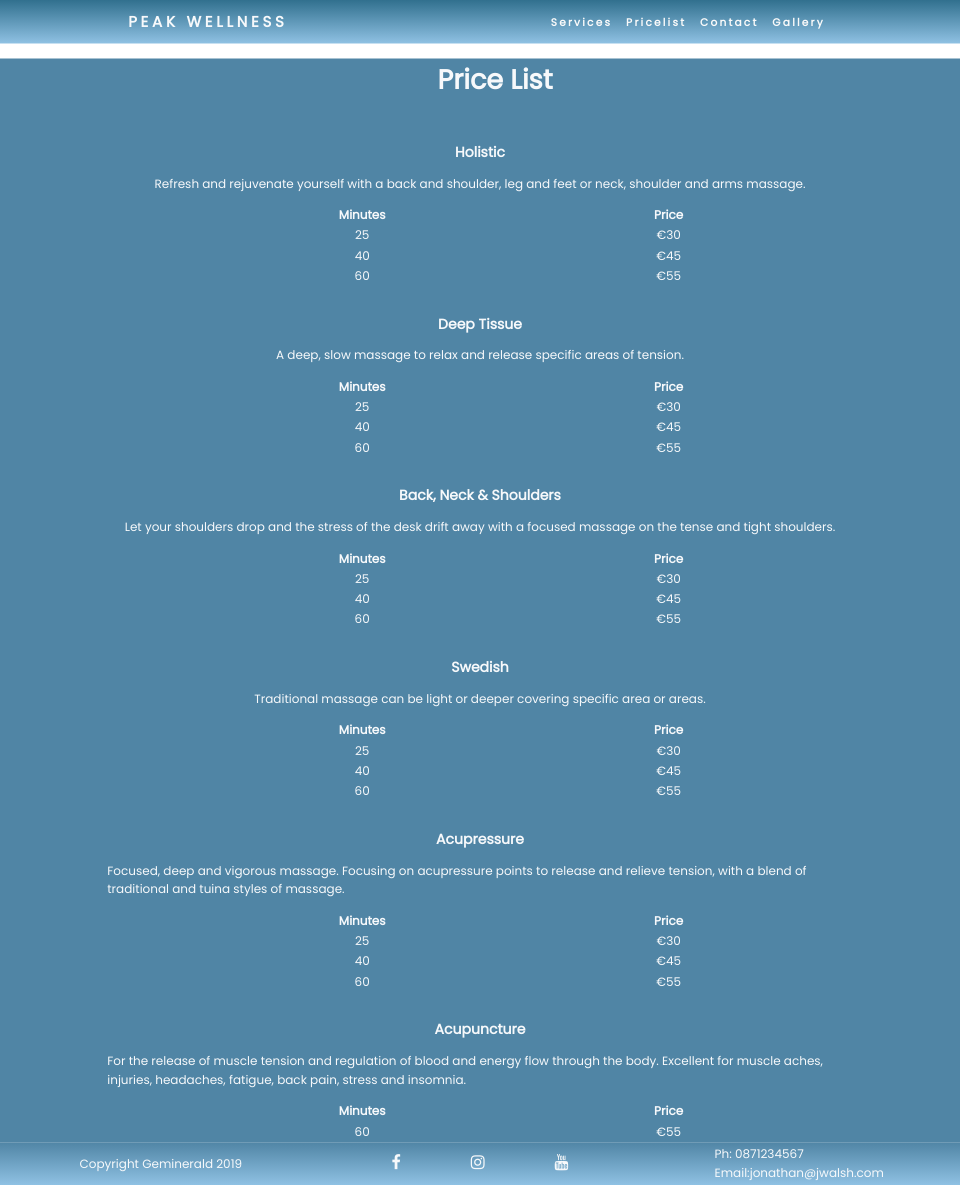
Repository: geminerald/peakwellness
Page: prices.html
The author's editor kept a record of every edit. The page is drawn from the files as they stood at one moment, then again after the next edit.
The browser window is 1280 px wide. The page is 1300 px wide, so the pictures cover 1300 px, including what lies to the right of the window. The pictures show the whole page, at 75% of full size.

Above is the page before.

### prices.html
<!DOCTYPE html>
<html lang="en">

<head>
    <meta charset="UTF-8">
    <meta name="viewport" content="width=device-width, initial-scale=1.0, maximum-scale=1.0, user-scalable=0">
    <meta http-equiv="X-UA-Compatible" content="ie=edge">
    <link rel="stylesheet" href="assets/style.css" type="text/css" />
    <link href="https://fonts.googleapis.com/css?family=Poppins&display=swap" rel="stylesheet">
    <title>Peak Wellness</title>
    <link rel="icon" href="./images/peak-icon.png">
    <link rel="stylesheet" href="https://stackpath.bootstrapcdn.com/font-awesome/4.7.0/css/font-awesome.min.css" type="text/css" />
</head>

<body>
    <nav>
        <div class="logo">
            <a href="index.html">
                <h4>Peak Wellness</h4>
            </a>
        </div>
        <ul class="nav-links">
            <li>
                <a href="services.html">Services</a>
            </li>
            <li>
                <a href="prices.html">Pricelist</a>
            </li>
            <li>
                <a href="contact.html">Contact</a>
            </li>
            <li>
                <a href="gallery.html">Gallery</a>
            </li>

        </ul>
        <div class="burger">
            <div class="line1"></div>
            <div class="line2"></div>
            <div class="line3"></div>
        </div>
    </nav>
    <section>
        <div class="overlay">
            <div class="price-container">
                <h1>Price List</h1>
                <div class="price-option">
                    <h3>Holistic</h3>
                    <p>Refresh and rejuvenate yourself with a back and shoulder, leg and feet or neck, shoulder and arms massage.</p>
                    <table>
                        <tr>
                            <th>Minutes</th>
                            <th>Price</th>
                        </tr>
                        <tr>
                            <td>25</td>
                            <td>€30</td>
                        </tr>
                        <tr>
                            <td>40</td>
                            <td>€45</td>
                        </tr>
                        <tr>
                            <td>60</td>
                            <td>€55</td>
                        </tr>
                    </table>
                </div>
                <div class="price-option">
                    <h3>Deep Tissue</h3>
                    <p>A deep, slow massage to relax and release specific areas of tension.</p>
                    <table>
                        <tr>
                            <th>Minutes</th>
                            <th>Price</th>
                        </tr>
                        <tr>
                            <td>25</td>
                            <td>€30</td>
                        </tr>
                        <tr>
                            <td>40</td>
                            <td>€45</td>
                        </tr>
                        <tr>
                            <td>60</td>
                            <td>€55</td>
                        </tr>
                    </table>
                </div>
                <div class="price-option">
                    <h3>Back, Neck & Shoulders</h3>
                    <p>Let your shoulders drop and the stress of the desk drift away with a focused massage on the tense and tight shoulders.</p>
                    <table>
                        <tr>
                            <th>Minutes</th>
                            <th>Price</th>
                        </tr>
                        <tr>
                            <td>25</td>
                            <td>€30</td>
                        </tr>
                        <tr>
                            <td>40</td>
                            <td>€45</td>
                        </tr>
                        <tr>
                            <td>60</td>
                            <td>€55</td>
                        </tr>
                    </table>
                </div>
                <div class="price-option">
                    <h3>Swedish</h3>
                    <p>Traditional massage can be light or deeper covering specific area or areas.</p>
                    <table>
                        <tr>
                            <th>Minutes</th>
                            <th>Price</th>
                        </tr>
                        <tr>
                            <td>25</td>
                            <td>€30</td>
                        </tr>
                        <tr>
                            <td>40</td>
                            <td>€45</td>
                        </tr>
                        <tr>
                            <td>60</td>
                            <td>€55</td>
                        </tr>
                    </table>
                </div>
                <div class="price-option">
                    <h3>Acupressure</h3>
                    <p>Focused, deep and vigorous massage. Focusing on acupressure points to release and relieve tension, with a blend of traditional and tuina styles of massage.</p>
                    <table>
                        <tr>
                            <th>Minutes</th>
                            <th>Price</th>
                        </tr>
                        <tr>
                            <td>25</td>
                            <td>€30</td>
                        </tr>
                        <tr>
                            <td>40</td>
                            <td>€45</td>
                        </tr>
                        <tr>
                            <td>60</td>
                            <td>€55</td>
                        </tr>
                    </table>
                </div>
                <div class="price-option">
                    <h3>Acupuncture</h3>
                    <p>For the release of muscle tension and regulation of blood and energy flow through the body. Excellent for muscle aches, injuries, headaches, fatigue, back pain, stress and insomnia.</p>
                    <table>
                        <tr>
                            <th>Minutes</th>
                            <th>Price</th>
                        </tr>

                        <tr>
                            <td>60</td>
                            <td>€55</td>
                        </tr>
                    </table>
                </div>
            </div>
        </div>
    </section>
    <footer>
        <div class="f-item">
            <a class="show-mobile" target="_blank" href="https://github.com/geminerald"><i class="fa fa-copyright"></i> </a>
            <p class="hidden-mobile">Copyright <a target="_blank" href="https://github.com/geminerald"> Geminerald </a> 2019</p>
        </div>
        <div class="f-item">
            <ul class="social-links">
                <li><a target="_blank" href="https://www.facebook.com/PeakWellnessstudio/"><i class="fa fa-facebook"></i></a></li>
                <li><a target="_blank" href="https://www.instagram.com/thepeakwellnessstudio/"><i class="fa fa-instagram"></i></a></li>
                <li><a target="_blank" href="https://www.youtube.com/channel/UC_d9R5XdeesvneUyRDroG0w?"><i class="fa fa-youtube"></i></a></li>
            </ul>
        </div>
        <div class="f-item">
            <a class="show-mobile" href="contact.html"><i class="fa fa-phone"></i></a>
            <p class="hidden-mobile">Ph: 0871234567<br>Email:jonathan@jwalsh.com</p>
        </div>
    </footer>
    <script src="./assets/nav.js"></script>
</body>

</html>

### assets/style.css

/*----------------------------------------------------------------Universals*/* {
    margin: 0;
    padding: 0;
    box-sizing: border-box;
}

body {
    font-family: 'Poppins', sans-serif;
    color: #f7f9fb;
}

a {
    text-decoration: none;
    color: #f7f9fb;
    cursor:pointer;
}


h1 {
    margin: 20px;
    font-size: 5vh;
    width: 100%;
    text-align: center;
}

/*----------------------------------------------------------------Universals*/

/*----------------------------------------------------------------Colours

Grey/Green: #687864
Dark Blue: #31708e
Medium Blue: #5085a5
Light Blue: #8fc1e3
White: #f7f9fb

Colours from: https://visme.co/blog/website-color-schemes/

*/

.price-container{
    color:#f7f9fb;
    background-color:#5085a5 ;

}
.price-option{
    display:flex;
    flex-flow:column;
    justify-content:space-around;
    align-items:center;
    width:80%;
    margin:auto;
}
.price-option h3{
    margin-top:35px;
}
.price-option p{
    margin:15px;
}

table{
    width:80%;
    margin:auto;
}

th{

}
tr{

}
td{

    text-align:center;
}

/*----------------------------------------------------------------Nav*/

/*Nav Elements: Dev Ed:

https://www.youtube.com/watch?v=gXkqy0b4M5g

*/

nav {
    display: flex;
    justify-content: space-around;
    align-items: center;
    min-height: 8vh;
    background: linear-gradient(180deg, #31708E 0%, #8FC1E3 100%);

}

.logo {
    color: #fafafa;
    text-transform: uppercase;
    letter-spacing: 5px;
    font-size: 20px;

}

.nav-links {
    display: flex;
    width: 30%;
    justify-content: space-around;

}

.nav-links li {
    list-style: none;
}

.nav-links a {
    color: #fafafa;
    text-decoration: none;
    letter-spacing: 3px;
    font-weight: bold;
    font-size: 14px;

}

.burger {
    display: none;
    cursor: pointer;
}

.burger div {
    width: 25px;
    height: 3px;
    background-color: #fafafa;
    margin: 5px;
    transition: all 0.3s ease;

}

@media screen and (max-width:1068px) {
    .nav-links {
        width: 50%;
    }
}

@media screen and (max-width:768px) {
    body {
        overflow-x: hidden;
    }

    .nav-links {
        position: absolute;
        ;
        right: 0px;
        height: 92vh;
        top: 8vh;
        background: linear-gradient(270deg, #31708E 0%, #8FC1E3 100%);
        display: flex;
        flex-direction: column;
        align-items: center;
        width: 70%;
        transform: translateX(100%);
        transition: transform 0.5s ease-in;
        z-index: 1;
    }
    .nav-links li {
        opacity: 0;
    }
    .burger {
        display: block;
    }
}

.nav-active {
    transform: translateX(0%);
}

@keyframes navLinkFade {
    from {
        opacity: 0;
        transform: translateX(50px);
    }
    to {
        opacity: 1;
        transform: translateX(0px);
    }
}

.toggle .line1 {
    transform: rotate(-45deg) translate(-5px, 6px);
}

.toggle .line2 {
    opacity: 0;
}

.toggle .line3 {
    transform: rotate(45deg) translate(-5px, -6px);
}

/*----------------------------------------------------------------Nav*/

/*----------------------------------------------------------------Home*/

.home-container {
    background-image: url("../images/home-bg.jpg");
    background-repeat: no-repeat;
    background-position: center;
    background-size: cover;
    z-index: 0;
    margin: auto;
    height: 90vh;
    width: 100%;
    display: flex;
    justify-content: space-around;
    align-items: center;
    flex-flow: column;
}

.appear1 {
    animation: appear 1s ease-in;
}

.appear2 {
    opacity: 0;
    animation: appear 4s ease-in;
    animation-delay: 2s;
    animation-fill-mode: forwards;
}

/*----------------------------------------------------------------Home*/

/*----------------------------------------------------------------Services*/

.about {
    display: flex;
    flex-direction: column;
    align-items: center;
    color: #31708e;
    margin: 10px 0px 30px 0px;
}


.about p {
    margin: 20px 30px 0px 30px;
    text-align: center;
}

.services {
    display: flex;
    flex-flow: row wrap;
    align-items: center;
    color: #31708e;
    background-color: #f7f9fb;
    justify-content: center;
}

.service-container {
    margin-bottom: 15px;
}

.service {
    display: flex;
    align-items: center;
    justify-content: center;
    flex-flow: column wrap;
    margin: 0px 15px 20px 15px;
    min-height: 450px;
    min-width: 350px;

}

.service p {
    max-width: 350px;
    text-align: center;
    margin-top: 10px;
}

.image-cropper {
    border: 5px solid #8fc1e3;
    width: 250px;
    height: 250px;
    position: relative;
    overflow: hidden;
    border-radius: 50%;
    box-shadow: 0 2px 4px 0 rgba(0, 0, 0, 0.2);
    transition: 0.3s ease-in;

}

.image-cropper:hover {
    box-shadow: 0 3px 6px 0 rgba(0, 0, 0, 0.4);
}

.image-cropper img {
    display: inline;
    margin: 0 auto;
    height: 100%;
    width: auto;
}

button {
    color: #f7f9fb;
    background-color: #5085a5;
    margin: 10px 0px 10px 0px;
    min-height: 50px;
    min-width: 200px;
    border-radius: 5px;
    box-shadow: 0 4px 8px 0 rgba(0, 0, 0, 0.4);
    transition: 0.3s ease-in;
    font-size: 3vh;
    cursor: pointer;
    padding: 10px;
}

button:hover {
    box-shadow: 0 6px 14px 0 rgba(0, 0, 0, 0.6);
}

/*----------------------------------------------------------------Services*/

/*----------------------------------------------------------------Prices*/

/*----------------------------------------------------------------Prices*/

/*----------------------------------------------------------------Contact*/

.contact-container {
    display: flex;
    flex-direction: column;
    color: #5085a5;
    background-color:#f7f9fb;

}

h5{
    text-align:center;
    width:100%;
    letter-spacing:1px;
    font-size:2.5vh;
}

.contacts{
    display:flex;
    flex-flow:row wrap;
    justify-content:space-evenly;
    margin:5vh 0vh 5vh 0vh;
}

.contact{
    margin-top:5vh;
    display:flex;
    flex-direction:column;
    text-align:center;
}

.contact i{
    font-size:5vh;
}
.contact a{
    color:#5085a5;
}

form{
    margin:auto;
    margin-top:30px;
    margin-bottom:30px;
    display:flex;
    flex-flow:column wrap;
    width:80%;
    justify-content:space-evenly;
}

input,textarea{
    border-radius:5px;
    border:3px solid #8fc1e3;
    margin:5px;
}

/*----------------------------------------------------------------Contact*/

/*----------------------------------------------------------------Footer*/

footer {
    height: 8vh;
    width: 100%;
    background: linear-gradient(180deg, #5085A5 0%, #8FC1E3 100%);
    display: flex;
    flex-direction: row;
    justify-content: space-evenly;
}

.f-item {
    display: flex;
    align-items: center;
    justify-content: space-evenly;
    flex-direction: row;
    width: 33%;
}

.social-links {
    display: flex;
    justify-content: space-evenly;
    list-style: none;
    width: 100%;
}

.social-links li a i,
.f-item a i {
    font-size: 3vh;
}


.hidden-mobile {
    display: block;
}

.show-mobile {
    display: none;
}

@media screen and (max-width:768px) {
    .hidden-mobile {
        display: none;
    }
    .show-mobile {
        display: block;
    }
}

/*----------------------------------------------------------------Footer*/

/*----------------------------------------------------------------KeyFrames*/

@keyframes appear {
    from {
        opacity: 0
    }
    to {
        opacity: 1
    }

}

/*----------------------------------------------------------------KeyFrames*/

### assets/nav.js
const navSlide = () => {
    const burger = document.querySelector('.burger');
    const nav = document.querySelector('.nav-links');
    const navLinks = document.querySelectorAll('.nav-links li');

    burger.addEventListener('click', () => {
        nav.classList.toggle('nav-active');
        navLinks.forEach((link, index) => {
            if (link.style.animation) {
                link.style.animation = '';
            } else {
                link.style.animation = `navLinkFade 0.5s ease forwards ${index/7 + 1}s`;
            }
        });
        burger.classList.toggle('toggle');
    });
}

navSlide();

After the next edit:
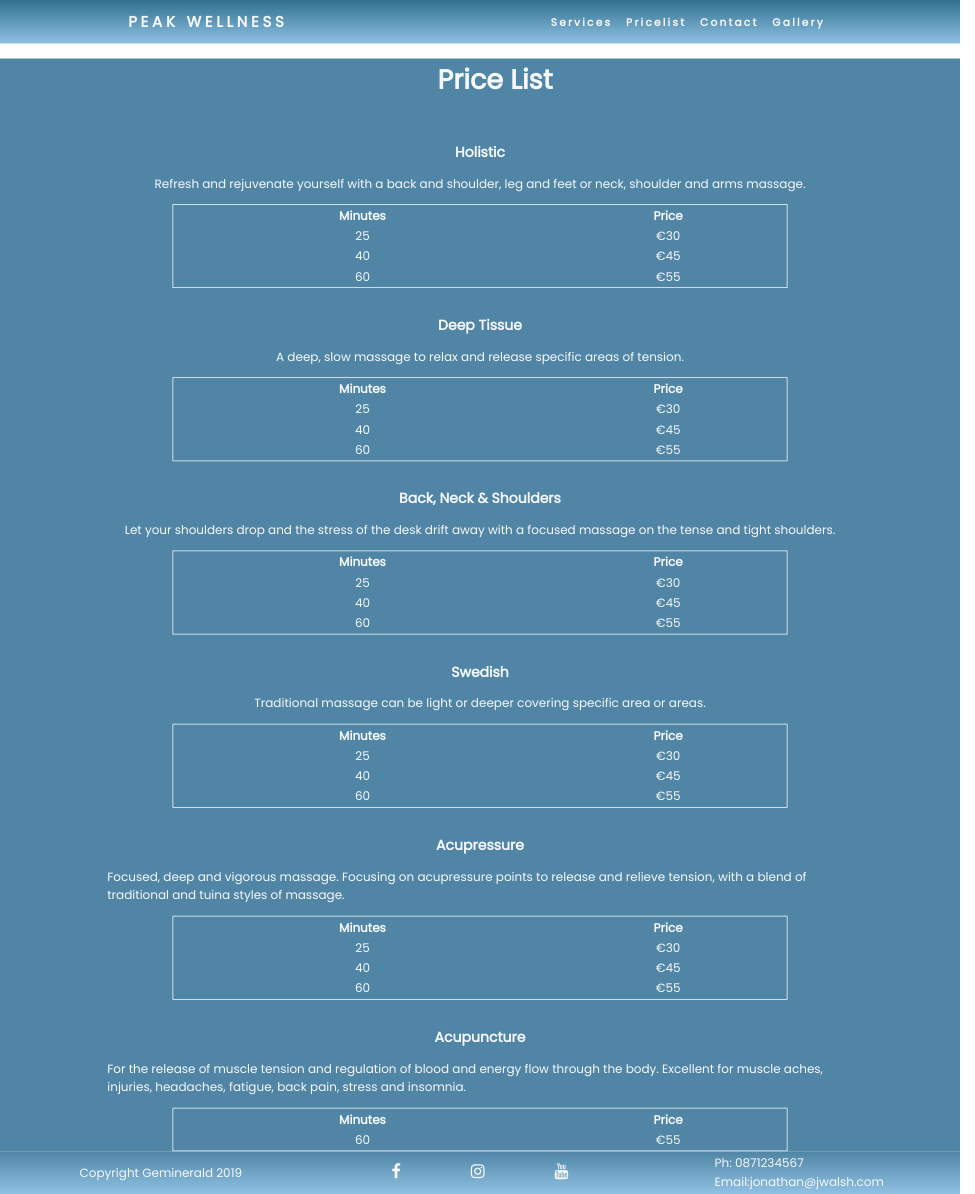
The edit:
--- a/assets/style.css
+++ b/assets/style.css
@@ -61,6 +61,7 @@
 table{
     width:80%;
     margin:auto;
+    border:1.5px solid #f7f9fb;
 }
 
 th{

After the 2 edits that followed:
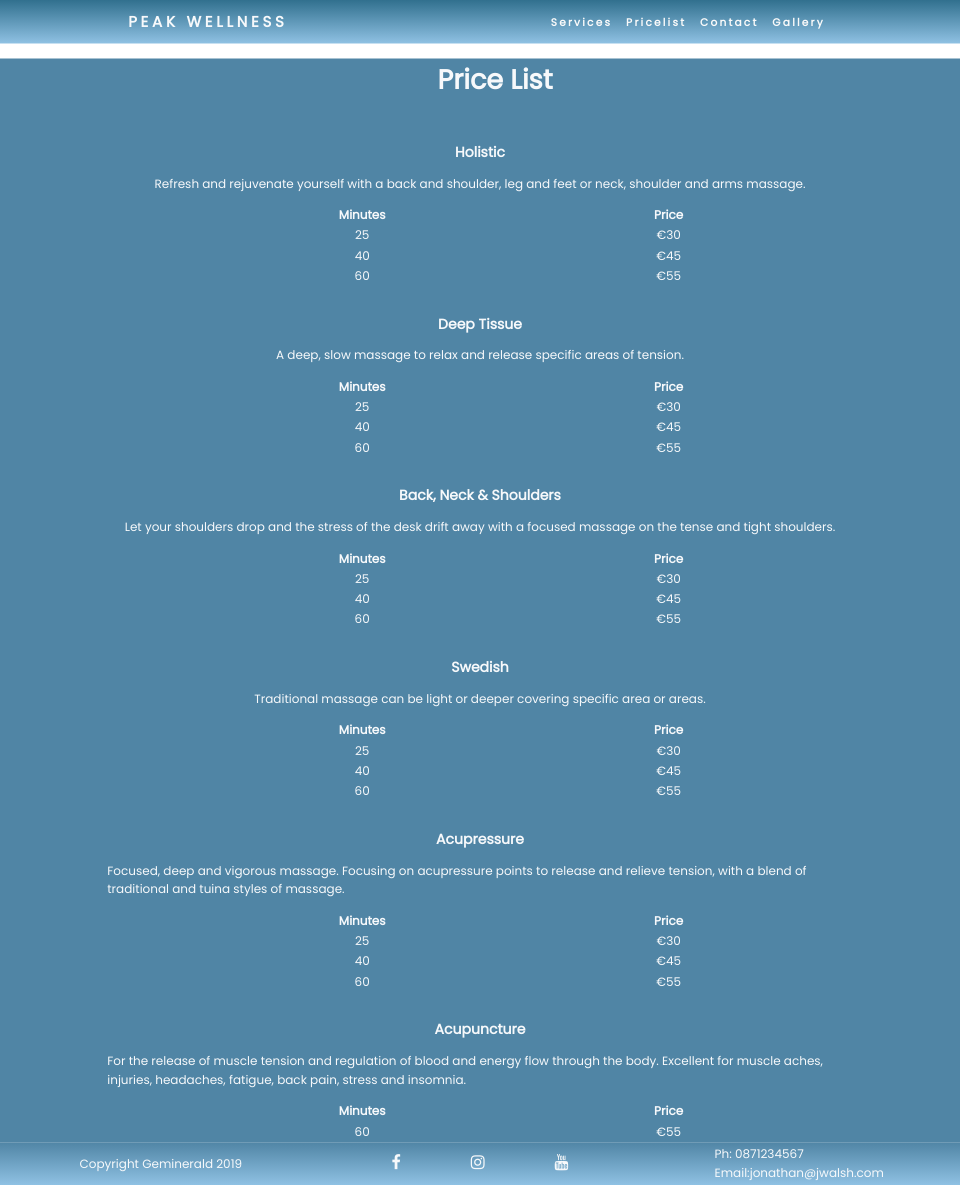
The 2 edits are shown as one change because 1 left the picture as it was.
The edit:
--- a/assets/style.css
+++ b/assets/style.css
@@ -61,7 +61,6 @@
 table{
     width:80%;
     margin:auto;
-    border:1.5px solid #f7f9fb;
 }
 
 th{
